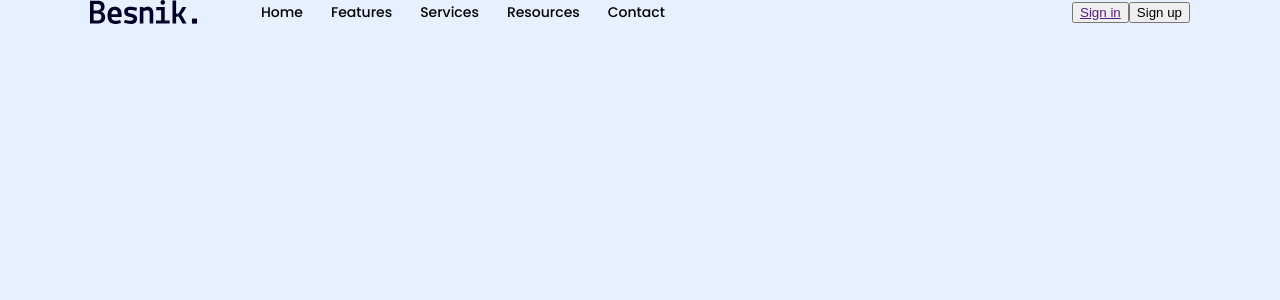
Repository: ducvui2003/f8-project-01
Page: index.html
These files come from the project's save history. The page is drawn as it stood at one moment and after the next save; the edit follows.
The browser window is 1280 px wide. The pictures show the whole page.

Above is the page before, as saved 2023-06-16 10:01:00.

### index.html
<!DOCTYPE html>
<html lang="en">

<head>
    <meta charset="UTF-8">
    <meta name="viewport" content="width=device-width, initial-scale=1.0">
    <title>f8-procject-01</title>

    <link rel="stylesheet" href="./asset/css/reset.css">
    <link rel="stylesheet" href="./asset/font/stylesheet.css">
    <link rel="stylesheet" href="./asset/css/styles.css">
</head>

<body>
    <main>
        <!-- Header -->
        <header class="header">
            <div class="content">
                <!--  -->
                <nav class="nav">
                    <!-- Logo -->
                    <img src="./asset/img/logo.svg" alt="">

                    <!-- Navigation -->
                    <ul>
                        <li><a href="">Home</a></li>
                        <li><a href="">Features</a></li>
                        <li><a href="">Services</a></li>
                        <li><a href="">Resources</a></li>
                        <li><a href="">Contact</a></li>
                    </ul>

                    <!-- Acion -->
                    <div class="actions">
                        <button><a href="">Sign in</a></button><button>Sign up<a
                                href=""></a></button>
                    </div>
                </nav>
            </div>
        </header>

    </main>
</body>

</main>

</html>

### asset/font/stylesheet.css
/* =======Poppins font=========== */
@font-face {
  font-family: "Poppins";
  src: url("Poppins/Poppins-Black.woff2") format("woff2"),
    url("Poppins/Poppins-Black.woff") format("woff");
  font-weight: 900;
  font-style: normal;
  font-display: swap;
}

@font-face {
  font-family: "Poppins";
  src: url("Poppins/Poppins-BlackItalic.woff2") format("woff2"),
    url("Poppins/Poppins-BlackItalic.woff") format("woff");
  font-weight: 900;
  font-style: italic;
  font-display: swap;
}

@font-face {
  font-family: "Poppins";
  src: url("Poppins/Poppins-Bold.woff2") format("woff2"),
    url("Poppins/Poppins-Bold.woff") format("woff");
  font-weight: bold;
  font-style: normal;
  font-display: swap;
}

@font-face {
  font-family: "Poppins";
  src: url("Poppins/Poppins-BoldItalic.woff2") format("woff2"),
    url("Poppins/Poppins-BoldItalic.woff") format("woff");
  font-weight: bold;
  font-style: italic;
  font-display: swap;
}

@font-face {
  font-family: "Poppins";
  src: url("Poppins/Poppins-ExtraBold.woff2") format("woff2"),
    url("Poppins/Poppins-ExtraBold.woff") format("woff");
  font-weight: bold;
  font-style: normal;
  font-display: swap;
}

@font-face {
  font-family: "Poppins";
  src: url("Poppins/Poppins-ExtraBoldItalic.woff2") format("woff2"),
    url("Poppins/Poppins-ExtraBoldItalic.woff") format("woff");
  font-weight: bold;
  font-style: italic;
  font-display: swap;
}

@font-face {
  font-family: "Poppins";
  src: url("Poppins/Poppins-ExtraLight.woff2") format("woff2"),
    url("Poppins/Poppins-ExtraLight.woff") format("woff");
  font-weight: 200;
  font-style: normal;
  font-display: swap;
}

@font-face {
  font-family: "Poppins";
  src: url("Poppins/Poppins-ExtraLightItalic.woff2") format("woff2"),
    url("Poppins/Poppins-ExtraLightItalic.woff") format("woff");
  font-weight: 200;
  font-style: italic;
  font-display: swap;
}

@font-face {
  font-family: "Poppins";
  src: url("Poppins/Poppins-Italic.woff2") format("woff2"),
    url("Poppins/Poppins-Italic.woff") format("woff");
  font-weight: normal;
  font-style: italic;
  font-display: swap;
}

@font-face {
  font-family: "Poppins";
  src: url("Poppins/Poppins-Light.woff2") format("woff2"),
    url("Poppins/Poppins-Light.woff") format("woff");
  font-weight: 300;
  font-style: normal;
  font-display: swap;
}

@font-face {
  font-family: "Poppins";
  src: url("Poppins/Poppins-LightItalic.woff2") format("woff2"),
    url("Poppins/Poppins-LightItalic.woff") format("woff");
  font-weight: 300;
  font-style: italic;
  font-display: swap;
}

@font-face {
  font-family: "Poppins";
  src: url("Poppins/Poppins-Medium.woff2") format("woff2"),
    url("Poppins/Poppins-Medium.woff") format("woff");
  font-weight: 500;
  font-style: normal;
  font-display: swap;
}

@font-face {
  font-family: "Poppins";
  src: url("Poppins/Poppins-MediumItalic.woff2") format("woff2"),
    url("Poppins/Poppins-MediumItalic.woff") format("woff");
  font-weight: 500;
  font-style: italic;
  font-display: swap;
}

@font-face {
  font-family: "Poppins";
  src: url("Poppins/Poppins-SemiBold.woff2") format("woff2"),
    url("Poppins/Poppins-SemiBold.woff") format("woff");
  font-weight: 600;
  font-style: normal;
  font-display: swap;
}

@font-face {
  font-family: "Poppins";
  src: url("Poppins/Poppins-Regular.woff2") format("woff2"),
    url("Poppins/Poppins-Regular.woff") format("woff");
  font-weight: normal;
  font-style: normal;
  font-display: swap;
}

@font-face {
  font-family: "Poppins";
  src: url("Poppins/Poppins-SemiBoldItalic.woff2") format("woff2"),
    url("Poppins/Poppins-SemiBoldItalic.woff") format("woff");
  font-weight: 600;
  font-style: italic;
  font-display: swap;
}

@font-face {
  font-family: "Poppins";
  src: url("Poppins/Poppins-Thin.woff2") format("woff2"),
    url("Poppins/Poppins-Thin.woff") format("woff");
  font-weight: 100;
  font-style: normal;
  font-display: swap;
}

@font-face {
  font-family: "Poppins";
  src: url("Poppins/Poppins-ThinItalic.woff2") format("woff2"),
    url("Poppins/Poppins-ThinItalic.woff") format("woff");
  font-weight: 100;
  font-style: italic;
  font-display: swap;
}

### asset/css/styles.css
* {
  box-sizing: border-box;
}
html {
  font-size: 62.5%;
}
body {
  font-size: 1.6rem;
  font-family: "Poppins";
}
/* Common */

.content {
  width: 1100px;
  margin-left: auto;
  margin-right: auto;
}

/* Header */
.header {
  height: 100vh;
  background-color: #e6f0ff;
}

.header .nav {
  display: flex;
  align-items: center;
}
.header .nav ul {
  margin-left: 6.4rem;
  margin-right: auto;

  display: flex;
  justify-content: space-between;
  gap: 2.8rem;
}
.header .nav ul li a {
  text-decoration: none;
  color: black;
  font-weight: 500;
  font-size: 1.4rem;
}

Loaded but not shown: asset/css/reset.css (common file)

After the next save:
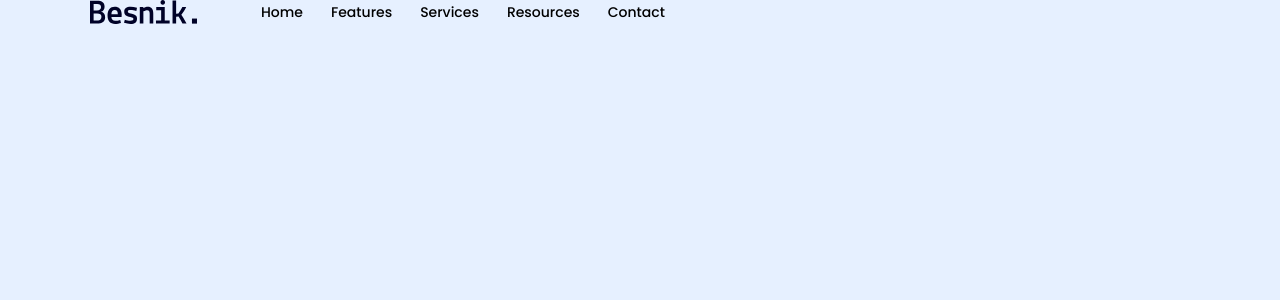
Saved 3 min 6 s later.
--- a/index.html
+++ b/index.html
@@ -32,8 +32,7 @@
 
                     <!-- Acion -->
                     <div class="actions">
-                        <button><a href="">Sign in</a></button><button>Sign up<a
-                                href=""></a></button>
+                        <a href="#!" class="action-link"></a><a href=""></a>
                     </div>
                 </nav>
             </div>
